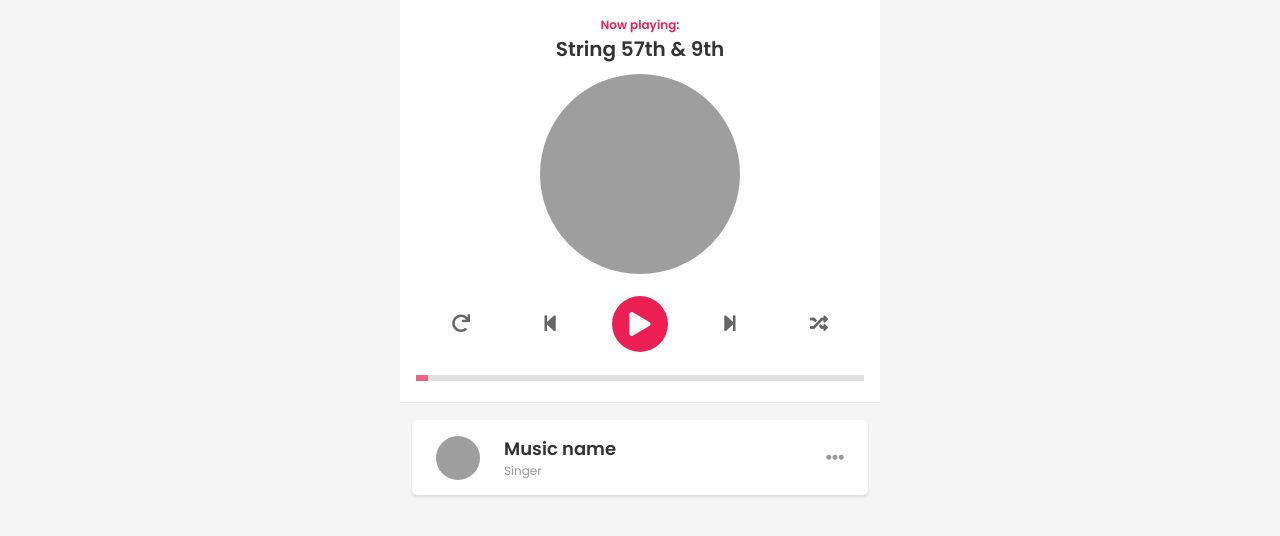
Repository: MinhNhatIT2901/Mp3-clon
Page: index.html
These files come from the project's save history. The page is drawn as it stood at one moment and after the next save; the edit follows.
The browser window is 1280 px wide. The pictures show the whole page.
Pictures or frames that could not be fetched are drawn as grey boxes.

Above is the page before, as saved 2022-01-01 13:30:51.

### index.html
<!DOCTYPE html>
<html lang="en">
<head>
    <meta charset="UTF-8">
    <meta http-equiv="X-UA-Compatible" content="IE=edge">
    <meta name="viewport" content="width=device-width, initial-scale=1.0">
    <title>Document</title>
    <link rel="stylesheet" href="https://cdnjs.cloudflare.com/ajax/libs/font-awesome/5.15.2/css/all.min.css" integrity="sha512-HK5fgLBL+xu6dm/Ii3z4xhlSUyZgTT9tuc/hSrtw6uzJOvgRr2a9jyxxT1ely+B+xFAmJKVSTbpM/CuL7qxO8w==" crossorigin="anonymous" />
    <link rel="stylesheet" href="./asset/css/app.css">
    <link rel="preconnect" href="https://fonts.gstatic.com">
    <link href="https://fonts.googleapis.com/css2?family=Poppins:wght@300;400;600&display=swap" rel="stylesheet">
</head>
<body>
    <div class="player">
        <!-- Dashboard -->
        <div class="dashboard">
            <!-- Header -->
            <header>
                <h4>Now playing:</h4>
                <h2>String 57th & 9th</h2>
            </header>

            <!-- CD -->
            <div class="cd">
                <div class="cd-thumb" style="background-image: url('https://i.ytimg.com/vi/jTLhQf5KJSc/maxresdefault.jpg')">
                </div>
            </div>

            <!-- Control -->
            <div class="control">
                <div class="btn btn-repeat">
                    <i class="fas fa-redo"></i>
                </div>
                <div class="btn btn-prev">
                    <i class="fas fa-step-backward"></i>
                </div>
                <div class="btn btn-toggle-play">
                    <i class="fas fa-pause icon-pause"></i>
                    <i class="fas fa-play icon-play"></i>
                </div>
                <div class="btn btn-next">
                    <i class="fas fa-step-forward"></i>
                </div>
                <div class="btn btn-random">
                    <i class="fas fa-random"></i>
                </div>
            </div>

            <input id="progress" class="progress" type="range" value="0" step="1" min="0" max="100">

            <audio id="audio" src=""></audio>
            </div>

            <!-- Playlist -->
            <div class="playlist">
            <div class="song">
                <div class="thumb" style="background-image: url('https://i.ytimg.com/vi/jTLhQf5KJSc/maxresdefault.jpg')">
                </div>
                <div class="body">
                    <h3 class="title">Music name</h3>
                    <p class="author">Singer</p>
                </div>
                <div class="option">
                    <i class="fas fa-ellipsis-h"></i>
                </div>
            </div>
            <!-- <div class="song">
                <div class="thumb" style="background-image: url('https://i.ytimg.com/vi/jTLhQf5KJSc/maxresdefault.jpg')">
                </div>
                <div class="body">
                    <h3 class="title">Music name</h3>
                    <p class="author">Singer</p>
                </div>
                <div class="option">
                    <i class="fas fa-ellipsis-h"></i>
                </div>
            </div> -->
            <!-- <div class="song">
                <div class="thumb" style="background-image: url('https://i.ytimg.com/vi/jTLhQf5KJSc/maxresdefault.jpg')">
                </div>
                <div class="body">
                    <h3 class="title">Music name</h3>
                    <p class="author">Singer</p>
                </div>
                <div class="option">
                    <i class="fas fa-ellipsis-h"></i>
                </div>
            </div> -->
        </div>
    </div>
</body>
    <script src="./asset/css/app.js" ></script>
</html>

### asset/css/app.css
:root {
  --primary-color: #ec1f55;
  --text-color: #333;
}

* {
  padding: 0;
  margin: 0;
  box-sizing: inherit;
}

body {
  background-color: #f5f5f5;
}

html {
  box-sizing: border-box;
  font-family: "Poppins", sans-serif;
}

.player {
  position: relative;
  max-width: 480px;
  margin: 0 auto;
}

.player .icon-pause {
  display: none;
}

.player.playing .icon-pause {
  display: inline-block;
}

.player.playing .icon-play {
  display: none;
}

.dashboard {
  padding: 16px 16px 14px;
  background-color: #fff;
  position: fixed;
  top: 0;
  width: 100%;
  max-width: 480px;
  border-bottom: 1px solid #ebebeb;
}

/* HEADER */
header {
  text-align: center;
  margin-bottom: 10px;
}

header h4 {
  color: var(--primary-color);
  font-size: 12px;
}

header h2 {
  color: var(--text-color);
  font-size: 20px;
}

/* CD */
.cd {
  display: flex;
  margin: auto;
  width: 200px;
}

.cd-thumb {
  width: 100%;
  padding-top: 100%;
  border-radius: 50%;
  background-color: #333;
  background-size: cover;
  margin: auto;
}

/* CONTROL */
.control {
  display: flex;
  align-items: center;
  justify-content: space-around;
  padding: 18px 0 8px 0;
}

.control .btn {
  color: #666;
  padding: 18px;
  font-size: 18px;
}

.control .btn.active {
  color: var(--primary-color);
}

.control .btn-toggle-play {
  width: 56px;
  height: 56px;
  border-radius: 50%;
  font-size: 24px;
  color: #fff;
  display: flex;
  align-items: center;
  justify-content: center;
  background-color: var(--primary-color);
}

.progress {
  width: 100%;
  -webkit-appearance: none;
  height: 6px;
  background: #d3d3d3;
  outline: none;
  opacity: 0.7;
  -webkit-transition: 0.2s;
  transition: opacity 0.2s;
}

.progress::-webkit-slider-thumb {
  -webkit-appearance: none;
  appearance: none;
  width: 12px;
  height: 6px;
  background-color: var(--primary-color);
  cursor: pointer;
}

/* PLAYLIST */
.playlist {
  margin-top: 408px;
  padding: 12px;
}

.song {
  display: flex;
  align-items: center;
  margin-bottom: 12px;
  background-color: #fff;
  padding: 8px 16px;
  border-radius: 5px;
  box-shadow: 0 2px 3px rgba(0, 0, 0, 0.1);
}

.song.active {
  background-color: var(--primary-color);
}

.song:active {
  opacity: 0.8;
}

.song.active .option,
.song.active .author,
.song.active .title {
  color: #fff;
}

.song .thumb {
  width: 44px;
  height: 44px;
  border-radius: 50%;
  background-size: cover;
  margin: 0 8px;
}

.song .body {
  flex: 1;
  padding: 0 16px;
}

.song .title {
  font-size: 18px;
  color: var(--text-color);
}

.song .author {
  font-size: 12px;
  color: #999;
}

.song .option {
  padding: 16px 8px;
  color: #999;
  font-size: 18px;
}

### asset/css/app.js
const $ = document.querySelector.bind(document);
const $$ = document.querySelectorAll.bind(document);

const app = {
    songs: [
        {
            name: 'So far away',
            singer: 'Martin Garrix & David Guetta',
            path : 'https://zingmp3.vn/bai-hat/So-Far-Away-Martin-Garrix-David-Guetta-Jamie-Scott-Romy/ZW8WAW9B.html',
            image : './asset/img/img1.jpg'
        },

        {
            name: 'Señorita',
            singer: 'Shawn Mendes, Camila Cabello',
            path : 'https://zingmp3.vn/bai-hat/Senorita-Shawn-Mendes-Camila-Cabello/ZWAFDUW0.html',
            image : './asset/img/img2.jpg'
        },

        {
            name: 'Mistletoe',
            singer: 'Justin Bieber',
            path : 'https://zingmp3.vn/bai-hat/Mistletoe-Justin-Bieber/ZWZE0FWU.html',
            image : './asset/img/img3.jpg'
        },

        {
            name: 'Past Lives',
            singer: 'sapientdream',
            path : 'https://zingmp3.vn/bai-hat/Past-Lives-Bass-Communion/ZW6OOF9C.html',
            image : './asset/img/img1.jpg'
        },

        {
            name: 'Dancing in my room',
            singer: '347aidan',
            path : 'https://zingmp3.vn/bai-hat/Dancing-in-My-Room-347aidan/ZO0IW0DA.html',
            image : './asset/img/img5.jpg'
        },

        {
            name: 'I love you 3000',
            singer: 'Jackson Wang',
            path : 'https://zingmp3.vn/bai-hat/I-Love-You-3000-Chinese-Version-Jackson-Wang/ZWB080I0.html',
            image : './asset/img/img6.jpg'
        }
    ]
}

After the next save:
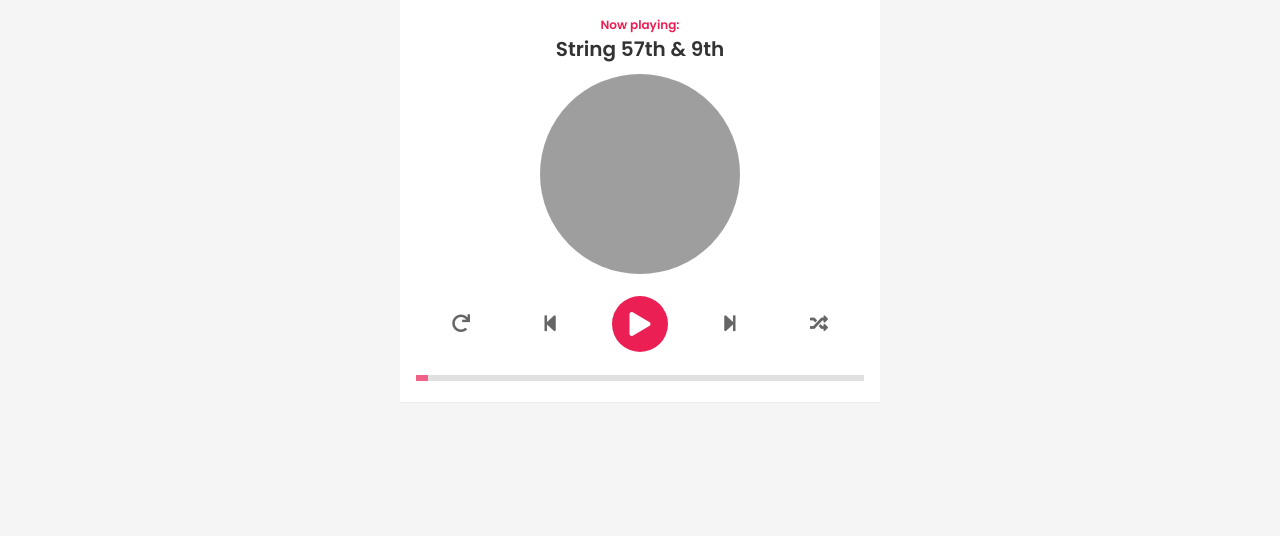
Saved 11 min 0 s later.
--- a/asset/css/app.js
+++ b/asset/css/app.js
@@ -44,5 +44,31 @@ const app = {
             path : 'https://zingmp3.vn/bai-hat/I-Love-You-3000-Chinese-Version-Jackson-Wang/ZWB080I0.html',
             image : './asset/img/img6.jpg'
         }
-    ]
+    ],
+
+    render: function() {
+        const htmls = this.songs.map(song => {
+            return
+            `
+            <div class="song">
+                <div class="thumb" style="background-image: url('${song.image}')">
+                </div>
+                <div class="body">
+                    <h3 class="title">${song.name}</h3>
+                    <p class="author">${song.singer}</p>
+                </div>
+                <div class="option">
+                    <i class="fas fa-ellipsis-h"></i>
+                </div>
+            </div>
+            `
+        })
+        $('.playlist').innerHTML = htmls.join('');
+    },
+
+    start: function() {
+        this.render();
+    }
 }
+
+app.start();
